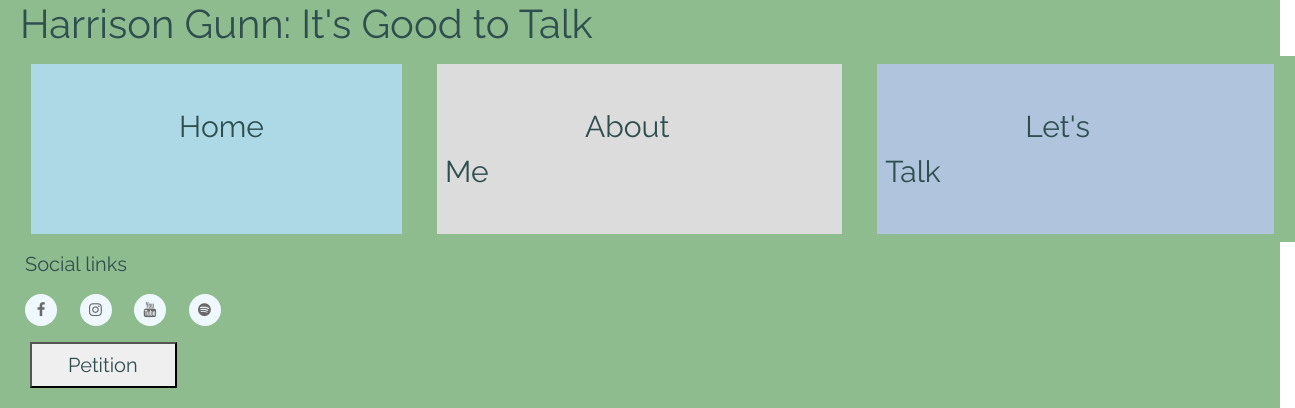
Repository: Leannald13/mile-stone-project-html
Page: contact.html
The author's editor kept a record of every edit. The page is drawn from the files as they stood at one moment, then again after the next edit.
The browser window is 1280 px wide. The page is 1295 px wide, so the pictures cover 1295 px, including what lies to the right of the window. The pictures show the part of the page from y = 500 to 1252 px (the page is 908 px tall before and 1252 px after).

Above is the page before.

After the next edit:
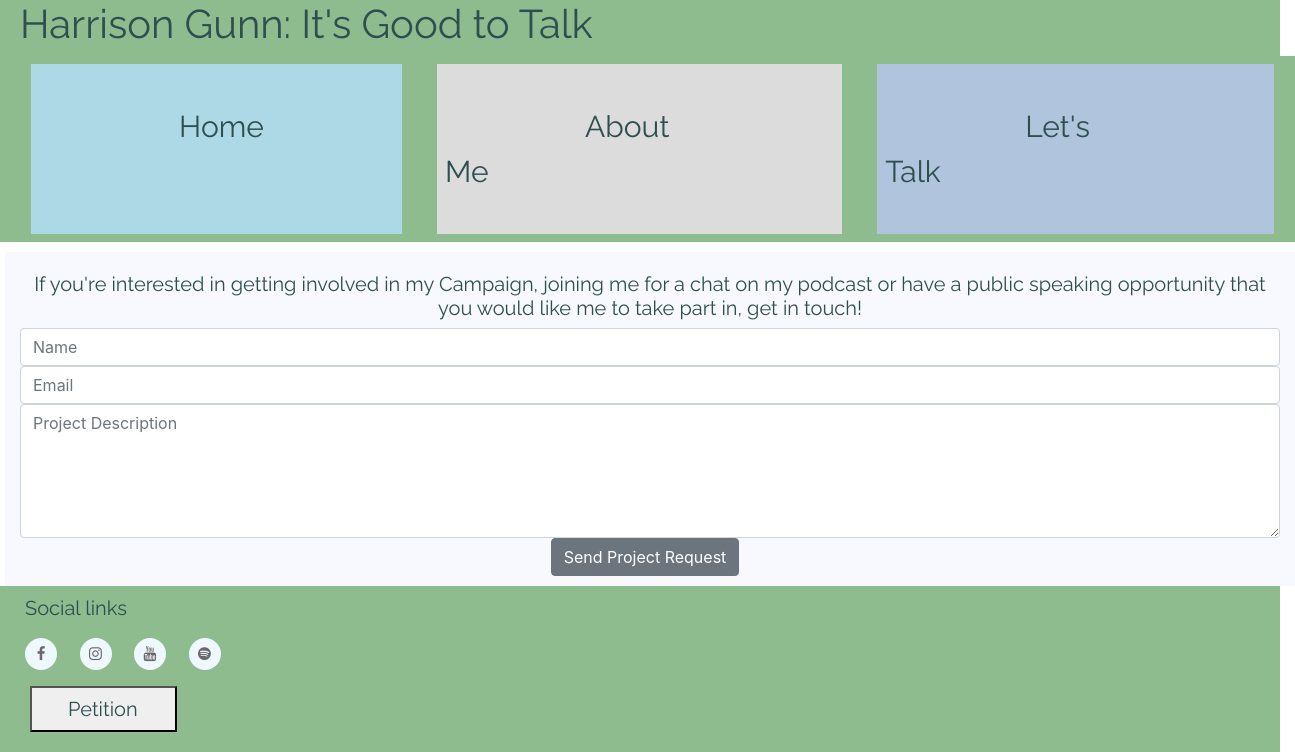
The edit:
--- a/contact.html
+++ b/contact.html
@@ -48,9 +48,26 @@
                     </div
                     </nav>
     </header>
-    <section>
-
-    </section>
+    <section ="container-fluid">
+        <div class="row bg-color-contact">
+            <div class="col">
+                <h5 class="uppercase text-center">If you're interested in getting involved in my Campaign, joining me for a chat on my podcast or have a public speaking opportunity that you would like me to take part in, get in touch!</h5>
+                <div class="center-form">
+                    <form>
+                        <form>
+                            <input type="text" name="name" id="fullname" class="form-control" placeholder="Name" required/>
+                             <input type="email" name="email" id="emailaddress" class="form-control" placeholder="Email" required/>
+                             <textarea rows="5" name="projectsummary" id="projectsummary" class="form-control" placeholder="Project Description" required></textarea>
+                            <div class="form-row text-center">
+                                <div class="col">
+                                    <button type="submit" class="btn btn-secondary">Send Project Request</button>
+                                </div>
+                            </div>
+                        </form>
+                    </form>
+                </div>
+            </div>
+        </div>
     <footer>
         <div class="container-fluid">
             <div class="col sm-12">
